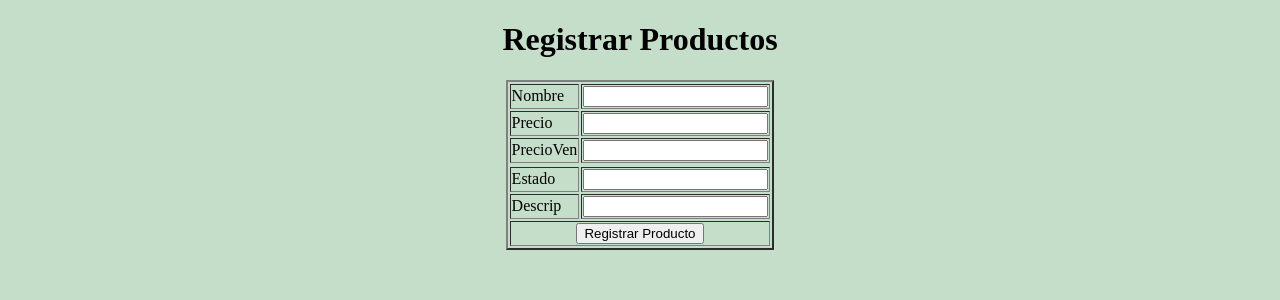
Repository: 0SANTIAGO0/EXAMEN_LP2_CL3
Page: http://localhost/LPII_CL2_GUTIERREZ_RIVEROS/ActualizarProducto.jsp
These files come from the project's save history. The page is drawn as it stood at one moment and after the next save; the edit follows.
The browser window is 1280 px wide. The pictures show the whole page.
The page is served by Tomcat 9.

Above is the page before, as saved 2024-07-03 06:38:14.

After the next save:
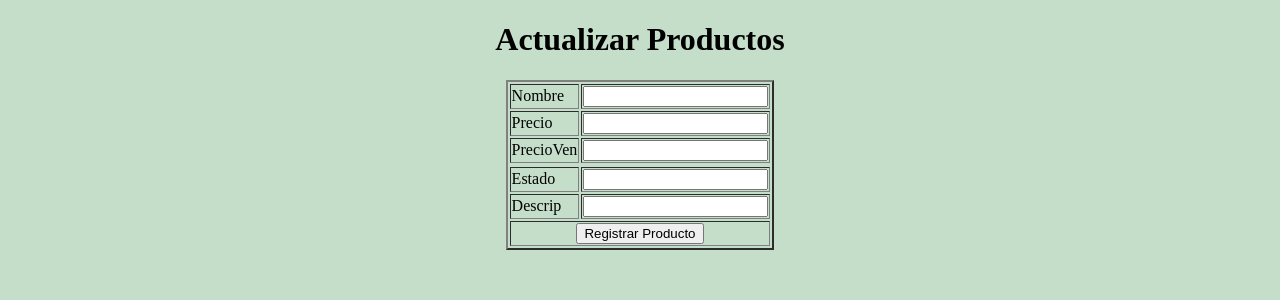
Saved 14 min 9 s later.
--- a/LPII_CL2_GUTIERREZ_RIVEROS/src/main/webapp/ActualizarProducto.jsp
+++ b/LPII_CL2_GUTIERREZ_RIVEROS/src/main/webapp/ActualizarProducto.jsp
@@ -8,8 +8,11 @@
 </head>
 <body bgcolor="#c5dec9">
 
-<h1 align="center">Registrar Productos</h1>
+<h1 align="center">Actualizar Productos</h1>
 <form action="ControladorProducto" method="post">
+
+
+
 <table border="2" align="center">
 <tr>
 <td>Nombre</td>
